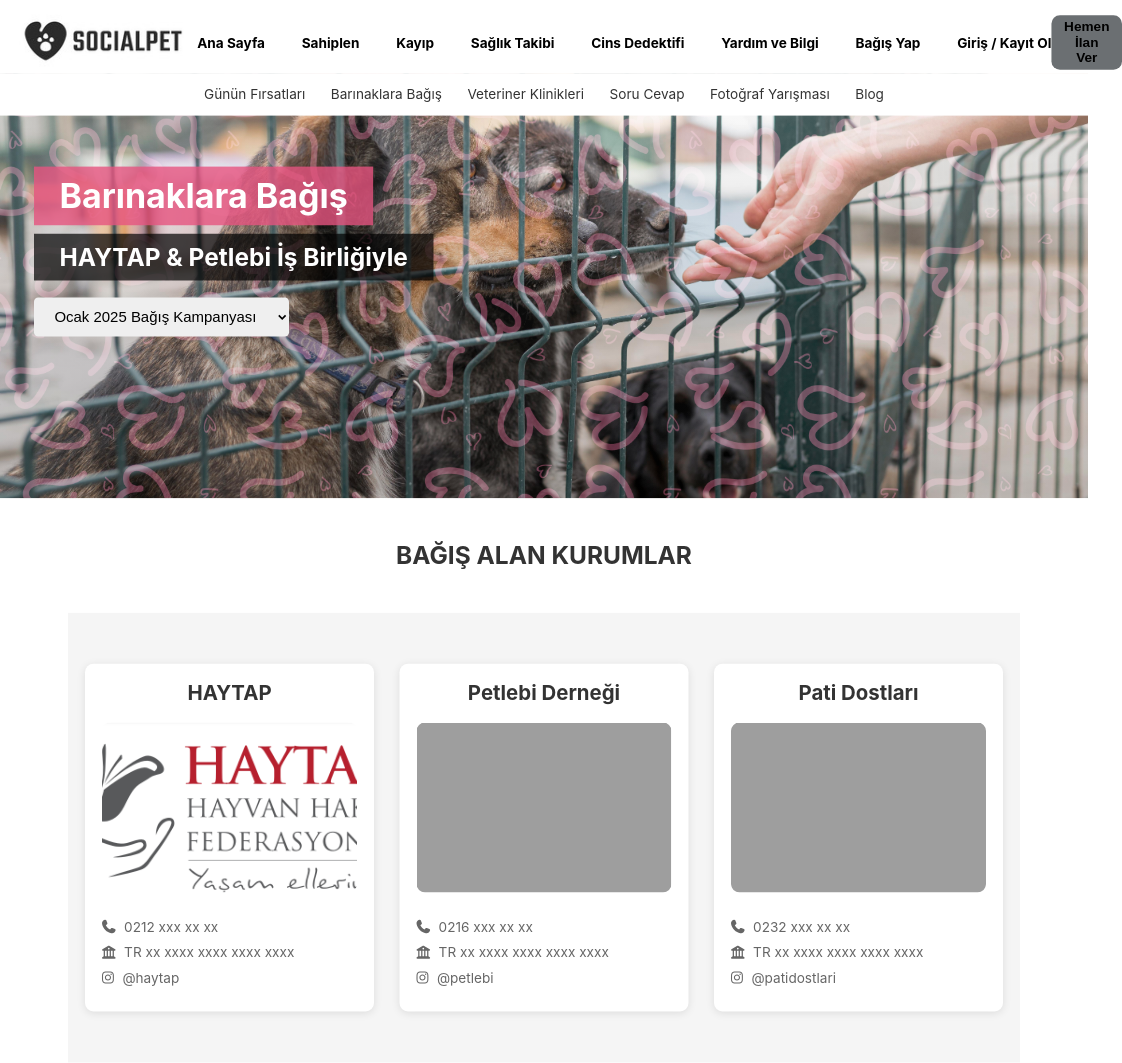
Repository: utkucaa/socialpet-frontend
Page: /donate (app in petweb/petweb/)
The author's editor kept a copy of each file at every save. The page is drawn from the files as they stood at one save, then again after a run of saves.
The browser window is 1280 px wide. The page is 1320 px wide, so the pictures cover 1320 px, including what lies to the right of the window. The pictures show the whole page, at 85% of full size.
Pictures or frames that could not be fetched are drawn as grey boxes. The project was rebuilt for these pictures with package versions that can differ from the ones it lists, and the page was loaded fresh each time. Also part of the build but not shown: petweb/petweb/src/Components/Login/Login.jsx, petweb/petweb/src/Components/Intro/Intro.css, petweb/petweb/src/Components/Intro/Intro.jsx, petweb/petweb/src/Components/Register/Register.jsx, petweb/petweb/src/Components/Profile/ProfilePage.jsx, petweb/petweb/src/Components/Adoption/Header.css, petweb/petweb/src/Components/Adoption/Header.jsx, petweb/petweb/src/Components/Adoption/Stats.css and 30 more. Imported but missing from the stored project, and not drawn on this page: petweb/petweb/src/Components/AdoptionSteps.

Above is the page before, as saved 2025-01-09 21:54:04.

After the next 2 saves:
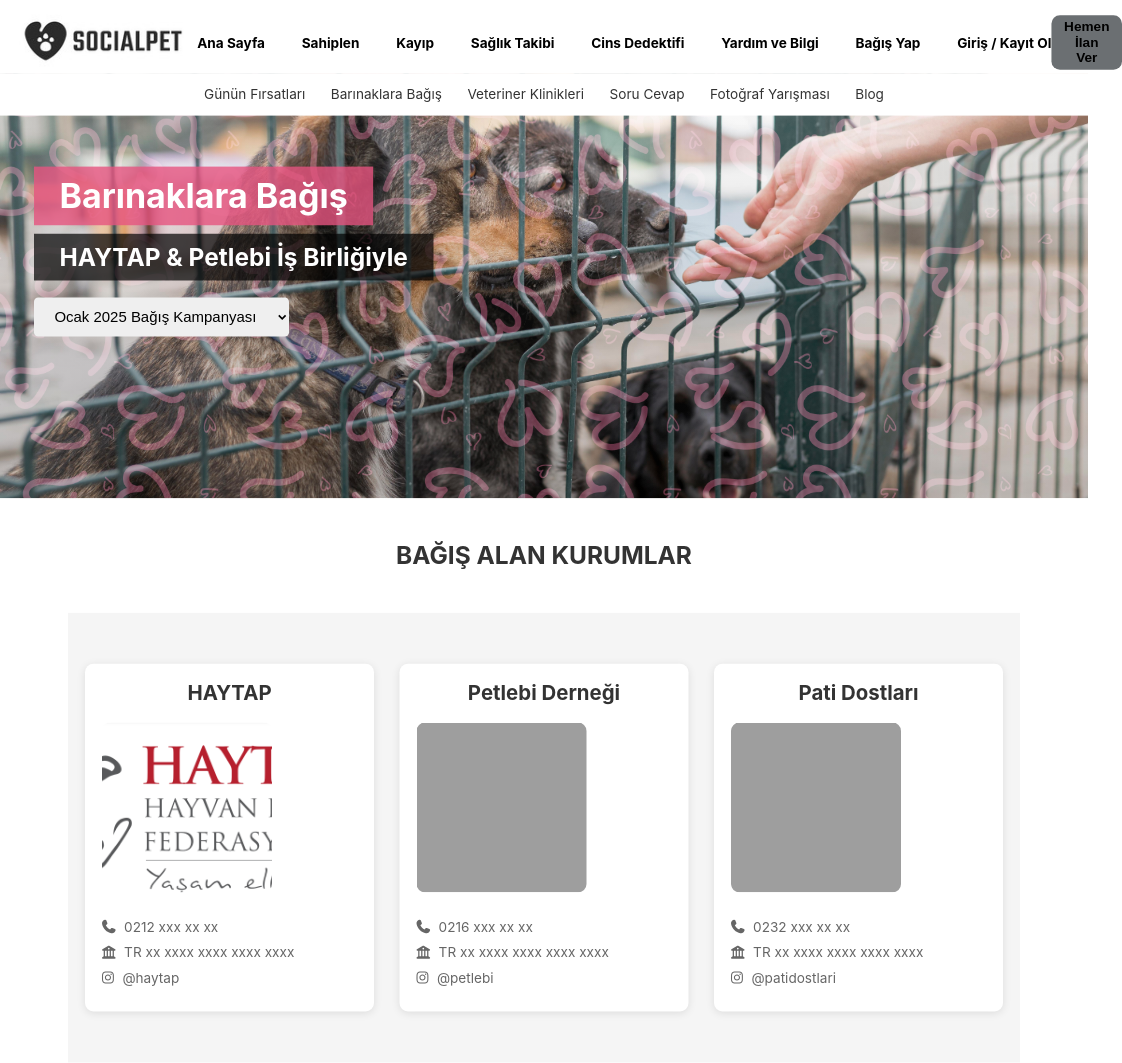
The 2 saves are shown as one change because they came seconds apart.
The last was saved 9 s later.
--- a/petweb/petweb/src/Components/Donate/Donate.css
+++ b/petweb/petweb/src/Components/Donate/Donate.css
@@ -238,7 +238,7 @@
   }
 
   .card-image img {
-    width: 300px; /* Genişlik */
+    width: 200px; /* Genişlik */
     height: 200px; /* Yükseklik */
     object-fit: cover; /* Resmi kare alanda düzgün şekilde yerleştirir */
     border-radius: 10px; /* Kenarları yuvarlamak için opsiyonel */

After the save that followed:
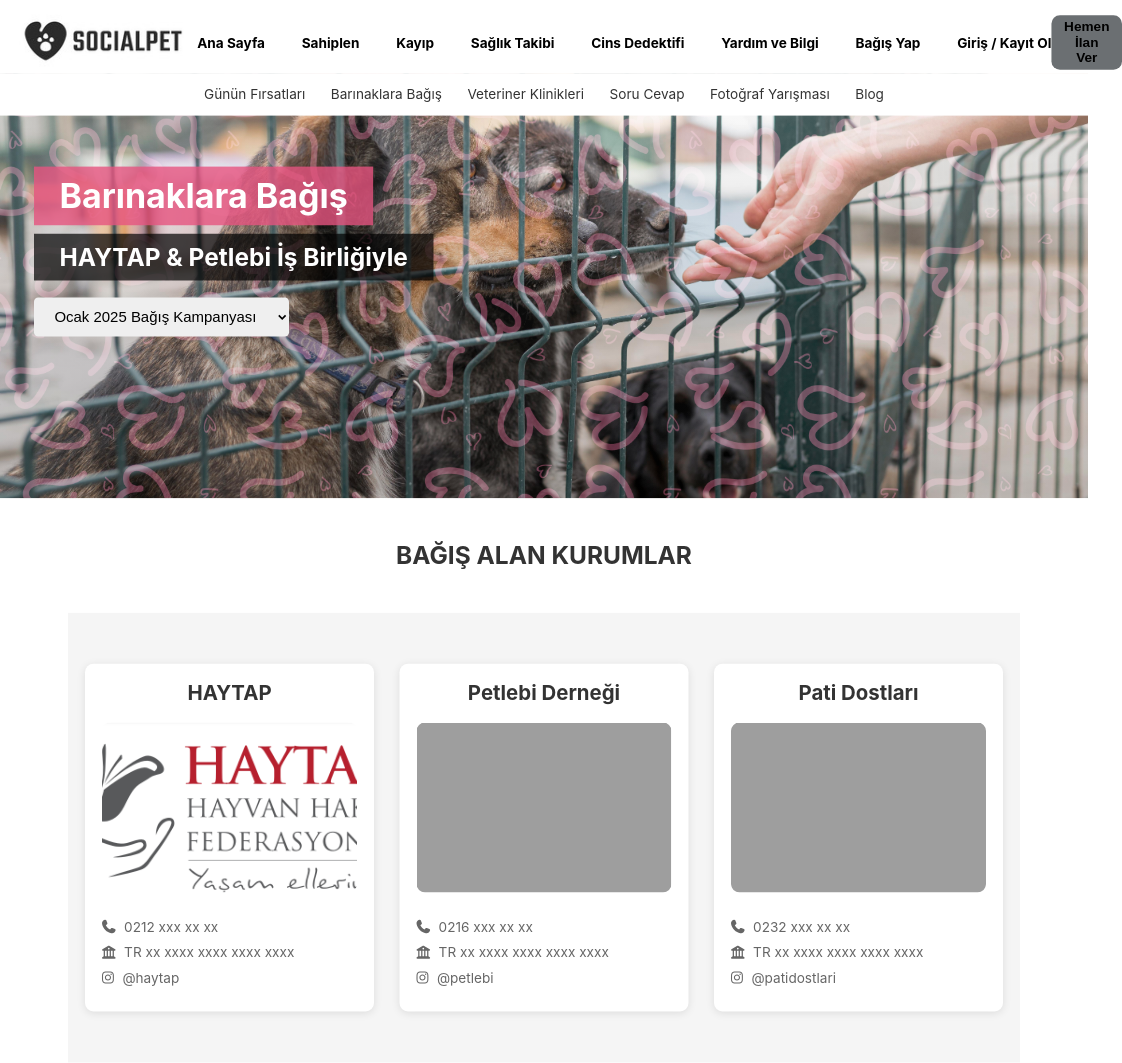
Saved 10 s later.
--- a/petweb/petweb/src/Components/Donate/Donate.css
+++ b/petweb/petweb/src/Components/Donate/Donate.css
@@ -238,7 +238,7 @@
   }
 
   .card-image img {
-    width: 200px; /* Genişlik */
+    width: 300px; /* Genişlik */
     height: 200px; /* Yükseklik */
     object-fit: cover; /* Resmi kare alanda düzgün şekilde yerleştirir */
     border-radius: 10px; /* Kenarları yuvarlamak için opsiyonel */
